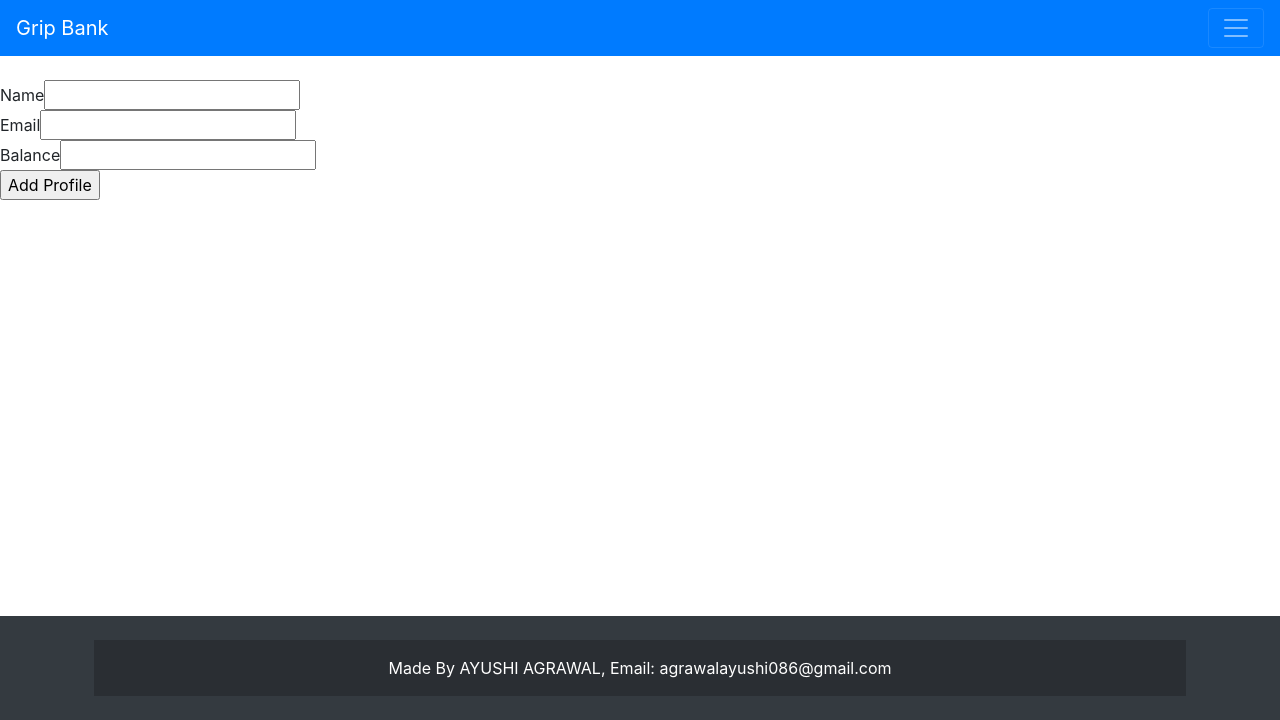
Repository: ayushiagrawal083/BasicBankingSystem
Page: Bank/WebContent/newuser.html
The author's editor kept a copy of each file at every save. The page is drawn from the files as they stood at one save, then again after the next save.
The browser window is 1280 px wide. The pictures show the whole page.

Above is the page before, as saved 2022-10-21 11:09:13.
Console error: TypeError: Cannot read properties of undefined (reading 'fn')

### Bank/WebContent/newuser.html
<!DOCTYPE html>
<html>
<head>
	<meta http-equiv="Content-type" content="text/html" charset="utf-8"/>
	<link rel="stylesheet" href="https://stackpath.bootstrapcdn.com/bootstrap/4.3.1/css/bootstrap.min.css" integrity="sha384-ggOyR0iXCbMQv3Xipma34MD+dH/1fQ784/j6cY/iJTQUOhcWr7x9JvoRxT2MZw1T" crossorigin="anonymous">
<link rel="stylesheet"  href="style.css" type="text/css" media="screen"/>
<script src="https://stackpath.bootstrapcdn.com/bootstrap/4.3.1/js/bootstrap.min.js" integrity="sha384-JjSmVgyd0p3pXB1rRibZUAYoIIy6OrQ6VrjIEaFf/nJGzIxFDsf4x0xIM+B07jRM" crossorigin="anonymous"></script>
	<title>Welcome To Bank</title>
</head>
<body>

<nav class="navbar navbar-dark bg-primary">
  <a class="navbar-brand" href="index.html">Grip Bank</a>
  <button class="navbar-toggler" type="button" data-toggle="collapse" data-target="#navbarSupportedContent" aria-controls="navbarSupportedContent" aria-expanded="false" aria-label="Toggle navigation">
    <span class="navbar-toggler-icon"></span>
  </button>

  <div class="collapse navbar-collapse" id="navbarSupportedContent">
    <ul class="navbar-nav mr-auto">
      <li class="nav-item">
        <a class="nav-link" href="index.html">Home</a>
      </li>
       <li class="nav-item">
        <a class="nav-link" href="allUsers.jsp">View All Customers</a>
      </li>
       <li class="nav-item">
        <a class="nav-link" href="transactiontable.jsp">Transaction History</a>
      </li>
      <li class="nav-item">
        <a class="nav-link" href="sendmoney.html">Send Money</a>
      </li>
       <li class="nav-item">
        <a class="nav-link" href="newuser.html">New User</a>
      </li>

  </div>
</nav>
<br />
<form action="userSignup.jsp" method="post">
Name<input type="text" name="name" /><br />
Email<input type="email" name="email" /><br/>
Balance<input type="number" name="bal"/><br/>
<input type="submit" value="Add Profile"/>
</form><br />
<footer class="bg-dark text-center text-white footer">

  <div class="container p-4 pb-0">
   <div class="text-center p-3" style="background-color: rgba(0, 0, 0, 0.2);"> Made By AYUSHI AGRAWAL,  Email: agrawalayushi086@gmail.com

  </div>

</footer>
<script src="https://code.jquery.com/jquery-3.3.1.slim.min.js" integrity="sha384-q8i/X+965DzO0rT7abK41JStQIAqVgRVzpbzo5smXKp4YfRvH+8abtTE1Pi6jizo" crossorigin="anonymous"></script>
<script src="https://cdnjs.cloudflare.com/ajax/libs/popper.js/1.14.7/umd/popper.min.js" integrity="sha384-UO2eT0CpHqdSJQ6hJty5KVphtPhzWj9WO1clHTMGa3JDZwrnQq4sF86dIHNDz0W1" crossorigin="anonymous"></script>
<script src="https://stackpath.bootstrapcdn.com/bootstrap/4.3.1/js/bootstrap.min.js" integrity="sha384-JjSmVgyd0p3pXB1rRibZUAYoIIy6OrQ6VrjIEaFf/nJGzIxFDsf4x0xIM+B07jRM" crossorigin="anonymous"></script>
</body>
</html>

### Bank/WebContent/style.css

.footer {
  position: fixed;
  left: 0;
  bottom: 0;
  width: 100%;
  text-align: center;
}

After the next save:
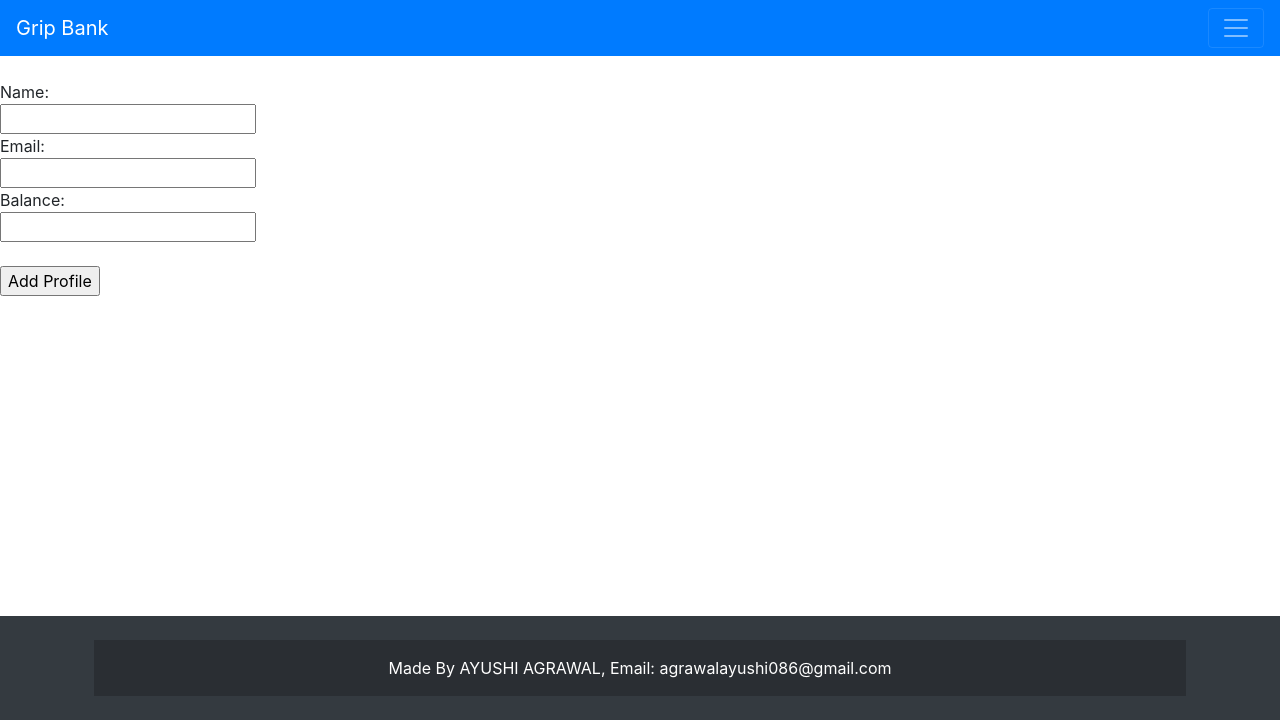
Saved 66 s later.
--- a/Bank/WebContent/newuser.html
+++ b/Bank/WebContent/newuser.html
@@ -37,10 +37,10 @@
 </nav>
 <br />
 <form action="userSignup.jsp" method="post">
-Name<input type="text" name="name" /><br />
-Email<input type="email" name="email" /><br/>
-Balance<input type="number" name="bal"/><br/>
-<input type="submit" value="Add Profile"/>
+Name:<br /><input type="text" name="name" /><br />
+Email:<br /><input type="email" name="email" /><br/>
+Balance:<br /><input type="number" name="bal"/><br/>
+<br /><input type="submit" value="Add Profile"/>
 </form><br />
 <footer class="bg-dark text-center text-white footer">
 
